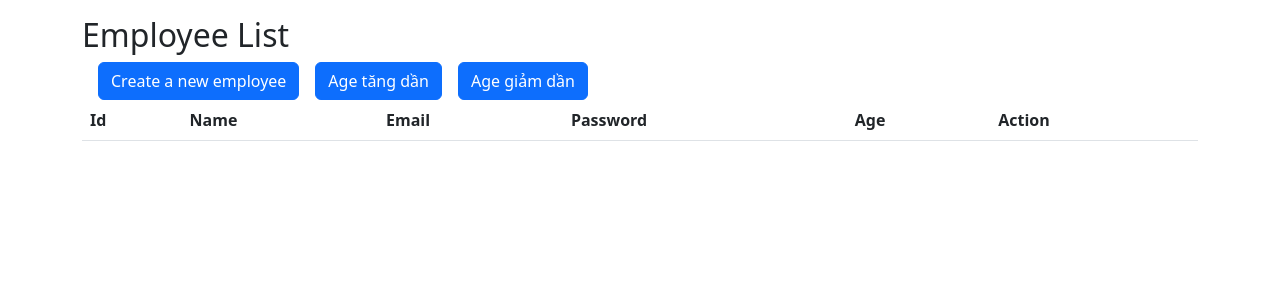
Repository: HoangLinh2001/PHP
Page: http://localhost/list_employee.php
The author's editor kept a copy of each file at every save. The page is drawn from the files as they stood at one save, then again after the next save.
The browser window is 1280 px wide. The pictures show the whole page.
The page is run by PHP 8.4 with error messages shown; the project is at /var/www/html/. Queries for data that is not in the repository find no rows.

Above is the page before, as saved 2023-06-21 15:27:12.

After the next save:
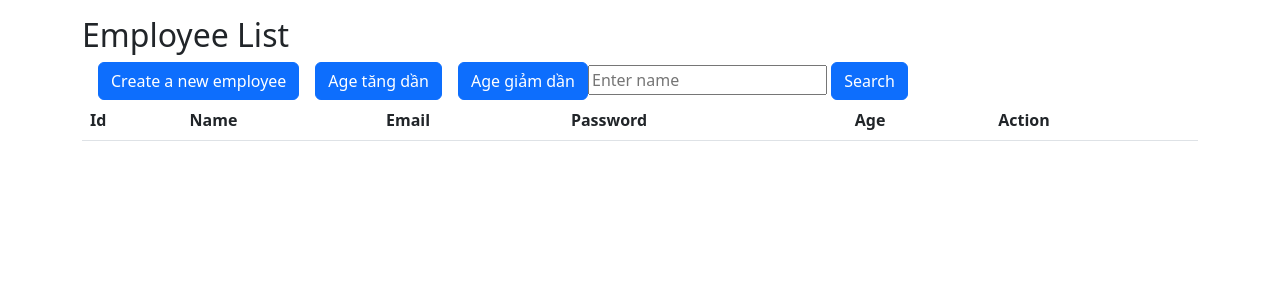
Saved 2 s later.
--- a/DEMOPHPBUOI2/list_employee.php
+++ b/DEMOPHPBUOI2/list_employee.php
@@ -12,6 +12,10 @@
             display: flex;
         }
         .create-filter-employee a{
+            margin-left: 1rem;
+        }
+
+        .create-filter-employee search-form{
             margin-left: 1rem;
         }
     </style>
@@ -29,6 +33,10 @@
         <a class="btn btn-primary" href="create_employee.php">Create a new employee</a>
         <a class="btn btn-primary" href="age_asc.php">Age tăng dần</a>
         <a class="btn btn-primary" href="age_desc.php">Age giảm dần</a>
+        <form action="search_name.php" method="GET" class="search-form">
+            <input type="text" name="search_name" placeholder="Enter name" />
+            <button type="submit" class="btn btn-primary">Search</button>
+        </form>
     </div>
         <table class="table">
             <thead>
